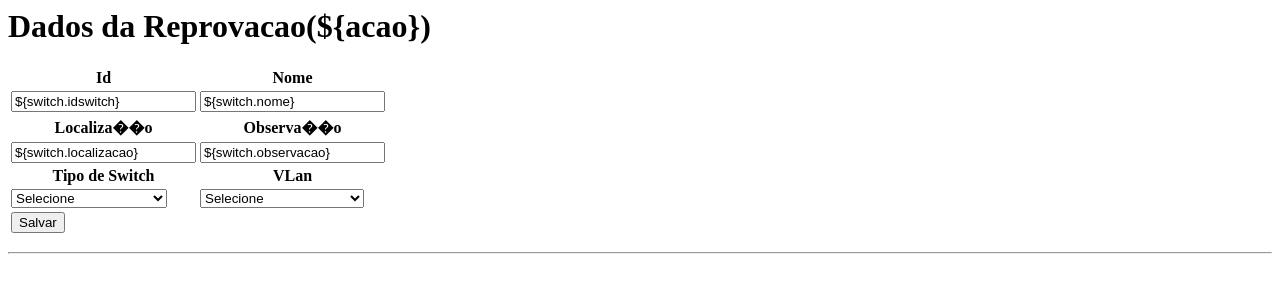
Repository: WilliamEstrela/trabalho1VA-PROG4
Page: CRUDLanManagerV5/WebContent/manterreprovacao/editform.html
These files come from the project's save history. The page is drawn as it stood at one moment and after the next save; the edit follows.
The browser window is 1280 px wide. The pictures show the whole page.

Above is the page before, as saved 2019-09-05 22:21:01.

After the next save:
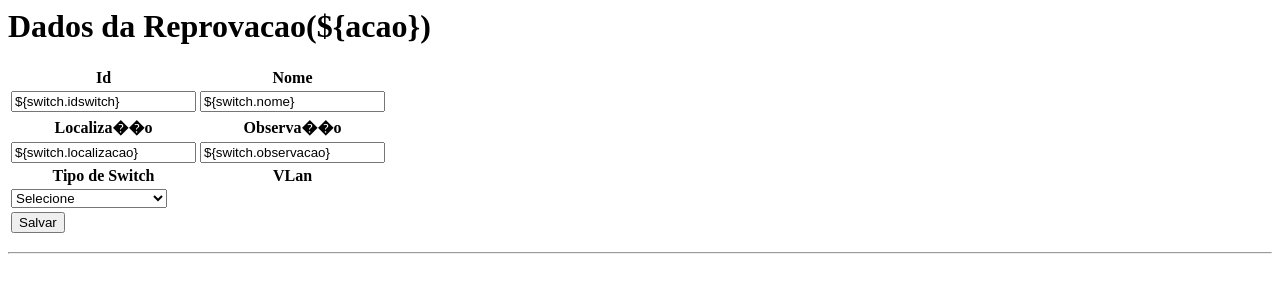
Saved 5 min 38 s later.
--- a/CRUDLanManagerV5/WebContent/manterreprovacao/editform.html
+++ b/CRUDLanManagerV5/WebContent/manterreprovacao/editform.html
@@ -32,15 +32,6 @@
 		<!-- $endBlock estrangeiro.tipo -->
 	</select>
 	</td>
-
-	<td>
-	<select name="vlan">
-	 	<option value="">Selecione</option>
-		<!-- $beginBlock vlan_ativo.vlan -->
-		<option value="${vlan_ativo.vlan.vlan}" ${vlan_ativo.vlan.selected}>${vlan_ativo.vlan.nome}</option>
-		<!-- $endBlock vlan_ativo.vlan -->
-	</select>
-	</td>
 </tr>
 <tr>
 	<td colspan="2"><input type="submit" value="Salvar"></td>
